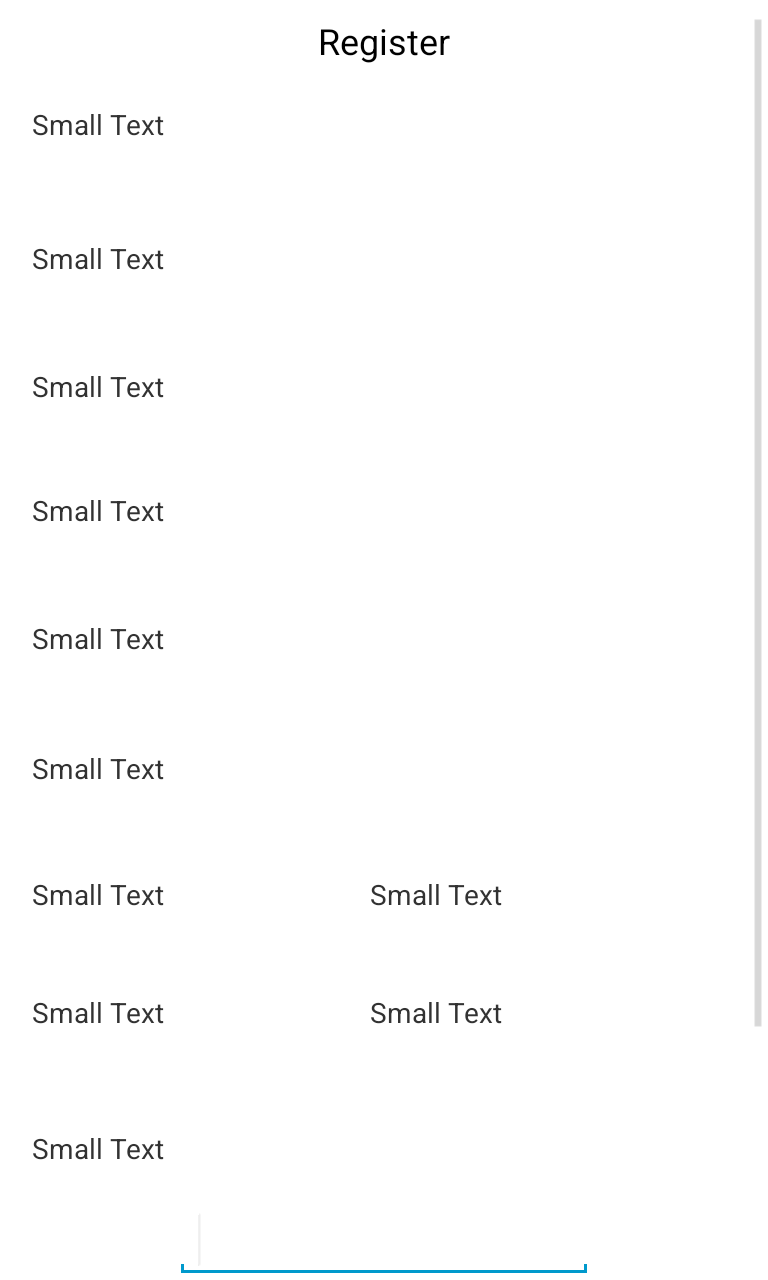
Repository: seth-skocelas/PHMS
Layout: PHMS/res/layout/activity_register.xml
An editor plug-in stored every save of this project. The layout is shown before and after the next save, followed by the edit.
It is drawn on a 768 x 1280 px phone screen (xhdpi) without system bars, with theme AppTheme; the app's code is not run.

Above is the layout before, as saved 2014-04-03 16:47:49.

### PHMS/res/layout/activity_register.xml
<ScrollView xmlns:android="http://schemas.android.com/apk/res/android"
    xmlns:tools="http://schemas.android.com/tools"
    android:layout_width="fill_parent"
    android:layout_height="fill_parent"
    >


<RelativeLayout
    android:layout_width="match_parent"
    android:layout_height="match_parent"
    android:paddingBottom="@dimen/activity_vertical_margin"
    android:paddingLeft="@dimen/activity_horizontal_margin"
    android:paddingRight="@dimen/activity_horizontal_margin"
    android:paddingTop="@dimen/activity_vertical_margin"
    tools:context=".RegisterActivity" >

    <TextView
        android:id="@+id/textView1"
        android:layout_width="wrap_content"
        android:layout_height="wrap_content"
        android:layout_alignParentTop="true"
        android:layout_centerHorizontal="true"
        android:text="@string/register"
        android:textAppearance="?android:attr/textAppearanceMedium" />

    <TextView
        android:id="@+id/textView2"
        android:layout_width="wrap_content"
        android:layout_height="wrap_content"
        android:layout_alignParentLeft="true"
        android:layout_below="@+id/textView1"
        android:layout_marginTop="20dp"
        android:text="Small Text"
        android:textAppearance="?android:attr/textAppearanceSmall" />

    <TextView
        android:id="@+id/textView12"
        android:layout_width="wrap_content"
        android:layout_height="wrap_content"
        android:layout_alignBottom="@+id/textView9"
        android:layout_alignRight="@+id/textView11"
        android:text="Small Text"
        android:textAppearance="?android:attr/textAppearanceSmall" />

    <Button
        android:id="@+id/button2"
        style="?android:attr/buttonStyleSmall"
        android:layout_width="wrap_content"
        android:layout_height="wrap_content"
        android:layout_alignParentRight="true"
        android:layout_alignTop="@+id/button1"
        android:text="Button" />

    <Button
        android:id="@+id/button1"
        style="?android:attr/buttonStyleSmall"
        android:layout_width="wrap_content"
        android:layout_height="wrap_content"
        android:layout_alignLeft="@+id/textView10"
        android:layout_below="@+id/editText1"
        android:layout_marginTop="91dp"
        android:text="Button" />

    <EditText
        android:id="@+id/editText1"
        android:layout_width="wrap_content"
        android:layout_height="wrap_content"
        android:layout_below="@+id/textView10"
        android:layout_centerHorizontal="true"
        android:layout_marginTop="17dp"
        android:ems="10" >

        <requestFocus />
    </EditText>

    <TextView
        android:id="@+id/textView11"
        android:layout_width="wrap_content"
        android:layout_height="wrap_content"
        android:layout_alignBaseline="@+id/textView8"
        android:layout_alignBottom="@+id/textView8"
        android:layout_alignLeft="@+id/textView1"
        android:layout_marginLeft="26dp"
        android:text="Small Text"
        android:textAppearance="?android:attr/textAppearanceSmall" />

    <TextView
        android:id="@+id/textView8"
        android:layout_width="wrap_content"
        android:layout_height="wrap_content"
        android:layout_alignLeft="@+id/textView7"
        android:layout_below="@+id/textView7"
        android:layout_marginTop="103dp"
        android:text="Small Text"
        android:textAppearance="?android:attr/textAppearanceSmall" />

    <TextView
        android:id="@+id/textView9"
        android:layout_width="wrap_content"
        android:layout_height="wrap_content"
        android:layout_above="@+id/textView11"
        android:layout_alignLeft="@+id/textView8"
        android:layout_marginBottom="40dp"
        android:text="Small Text"
        android:textAppearance="?android:attr/textAppearanceSmall" />

    <TextView
        android:id="@+id/textView10"
        android:layout_width="wrap_content"
        android:layout_height="wrap_content"
        android:layout_alignLeft="@+id/textView8"
        android:layout_below="@+id/textView8"
        android:layout_marginTop="49dp"
        android:text="Small Text"
        android:textAppearance="?android:attr/textAppearanceSmall" />

    <TextView
        android:id="@+id/textView7"
        android:layout_width="wrap_content"
        android:layout_height="wrap_content"
        android:layout_alignLeft="@+id/textView6"
        android:layout_below="@+id/textView6"
        android:layout_marginTop="46dp"
        android:text="Small Text"
        android:textAppearance="?android:attr/textAppearanceSmall" />

    <TextView
        android:id="@+id/textView6"
        android:layout_width="wrap_content"
        android:layout_height="wrap_content"
        android:layout_alignLeft="@+id/textView5"
        android:layout_below="@+id/textView5"
        android:layout_marginTop="45dp"
        android:text="Small Text"
        android:textAppearance="?android:attr/textAppearanceSmall" />

    <TextView
        android:id="@+id/textView4"
        android:layout_width="wrap_content"
        android:layout_height="wrap_content"
        android:layout_alignLeft="@+id/textView3"
        android:layout_below="@+id/textView3"
        android:layout_marginTop="45dp"
        android:text="Small Text"
        android:textAppearance="?android:attr/textAppearanceSmall" />

    <TextView
        android:id="@+id/textView5"
        android:layout_width="wrap_content"
        android:layout_height="wrap_content"
        android:layout_alignLeft="@+id/textView4"
        android:layout_below="@+id/textView4"
        android:layout_marginTop="43dp"
        android:text="Small Text"
        android:textAppearance="?android:attr/textAppearanceSmall" />

    <TextView
        android:id="@+id/textView3"
        android:layout_width="wrap_content"
        android:layout_height="wrap_content"
        android:layout_alignLeft="@+id/textView2"
        android:layout_below="@+id/textView2"
        android:layout_marginTop="48dp"
        android:text="Small Text"
        android:textAppearance="?android:attr/textAppearanceSmall" />

</RelativeLayout>

</ScrollView>

### PHMS/res/values/strings.xml
<?xml version="1.0" encoding="utf-8"?>
<resources>

    <string name="app_name">PHMS</string>
    <string name="hello_world">Hello world!</string>
    <string name="action_settings">Settings</string>
    <string name="welcome">Welcome to the Personal Health Monitoring System!</string>
    <string name="password">Password</string>
    <string name="options">Please login or register:</string>
    <string name="login">Login</string>
    <string name="register">Register</string>
    <string name="recover">Recover</string>
    <string name="title_activity_register">Register</string>
    <string name="firstname">First Name:</string>
    <string name="lastname">Last Name:</string>
    <string name="username">Username:</string>
    <string name="cancel">Cancel</string>
    <string name="email">Email Address:</string>
    <string name="phone">Phone Number:</string>
    <string name="height">Height:</string>
    <string name="weight">Weight:</string>
    <string name="age">Age:</string>
    <string name="docemail">Doctor\'s Email:</string>
    <string name="gender">Gender:</string>


</resources>

Loaded but not shown: PHMS/res/values/styles.xml (common file); PHMS/res/values-v11/styles.xml (common file); PHMS/res/values-v14/styles.xml (common file); PHMS/res/values/dimens.xml (common file); PHMS/res/values-w820dp/dimens.xml (common file)

After the next save:
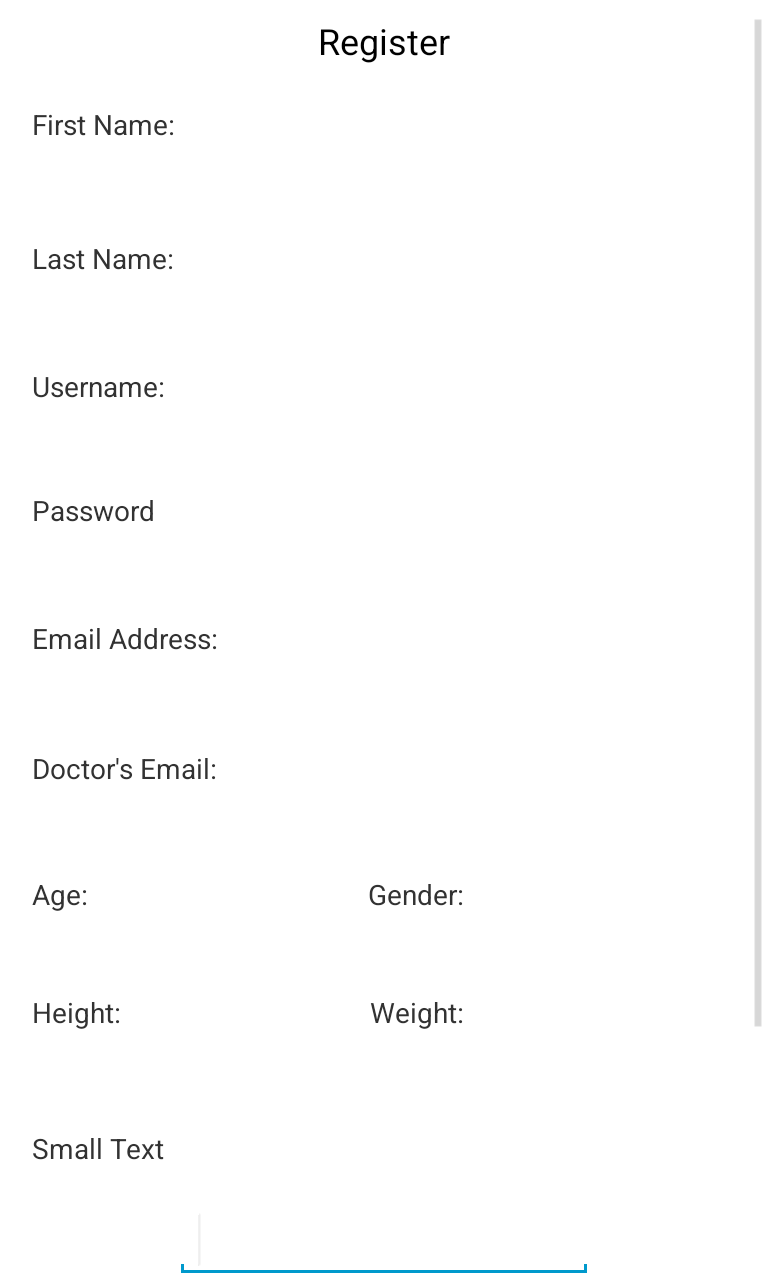
Saved 6 min 32 s later.
--- a/PHMS/res/layout/activity_register.xml
+++ b/PHMS/res/layout/activity_register.xml
@@ -30,7 +30,7 @@
         android:layout_alignParentLeft="true"
         android:layout_below="@+id/textView1"
         android:layout_marginTop="20dp"
-        android:text="Small Text"
+        android:text="@string/firstname"
         android:textAppearance="?android:attr/textAppearanceSmall" />
 
     <TextView
@@ -39,7 +39,7 @@
         android:layout_height="wrap_content"
         android:layout_alignBottom="@+id/textView9"
         android:layout_alignRight="@+id/textView11"
-        android:text="Small Text"
+        android:text="@string/gender"
         android:textAppearance="?android:attr/textAppearanceSmall" />
 
     <Button
@@ -81,7 +81,7 @@
         android:layout_alignBottom="@+id/textView8"
         android:layout_alignLeft="@+id/textView1"
         android:layout_marginLeft="26dp"
-        android:text="Small Text"
+        android:text="@string/weight"
         android:textAppearance="?android:attr/textAppearanceSmall" />
 
     <TextView
@@ -91,7 +91,7 @@
         android:layout_alignLeft="@+id/textView7"
         android:layout_below="@+id/textView7"
         android:layout_marginTop="103dp"
-        android:text="Small Text"
+        android:text="@string/height"
         android:textAppearance="?android:attr/textAppearanceSmall" />
 
     <TextView
@@ -101,7 +101,7 @@
         android:layout_above="@+id/textView11"
         android:layout_alignLeft="@+id/textView8"
         android:layout_marginBottom="40dp"
-        android:text="Small Text"
+        android:text="@string/age"
         android:textAppearance="?android:attr/textAppearanceSmall" />
 
     <TextView
@@ -121,7 +121,7 @@
         android:layout_alignLeft="@+id/textView6"
         android:layout_below="@+id/textView6"
         android:layout_marginTop="46dp"
-        android:text="Small Text"
+        android:text="@string/docemail"
         android:textAppearance="?android:attr/textAppearanceSmall" />
 
     <TextView
@@ -131,7 +131,7 @@
         android:layout_alignLeft="@+id/textView5"
         android:layout_below="@+id/textView5"
         android:layout_marginTop="45dp"
-        android:text="Small Text"
+        android:text="@string/email"
         android:textAppearance="?android:attr/textAppearanceSmall" />
 
     <TextView
@@ -141,7 +141,7 @@
         android:layout_alignLeft="@+id/textView3"
         android:layout_below="@+id/textView3"
         android:layout_marginTop="45dp"
-        android:text="Small Text"
+        android:text="@string/username"
         android:textAppearance="?android:attr/textAppearanceSmall" />
 
     <TextView
@@ -151,7 +151,7 @@
         android:layout_alignLeft="@+id/textView4"
         android:layout_below="@+id/textView4"
         android:layout_marginTop="43dp"
-        android:text="Small Text"
+        android:text="@string/password"
         android:textAppearance="?android:attr/textAppearanceSmall" />
 
     <TextView
@@ -161,7 +161,7 @@
         android:layout_alignLeft="@+id/textView2"
         android:layout_below="@+id/textView2"
         android:layout_marginTop="48dp"
-        android:text="Small Text"
+        android:text="@string/lastname"
         android:textAppearance="?android:attr/textAppearanceSmall" />
 
 </RelativeLayout>
--- a/PHMS/res/values/strings.xml
+++ b/PHMS/res/values/strings.xml
@@ -22,6 +22,7 @@
     <string name="age">Age:</string>
     <string name="docemail">Doctor\'s Email:</string>
     <string name="gender">Gender:</string>
+    <string name="security">Security Question: What is your mother's maiden name?</string>
 
 
 </resources>
